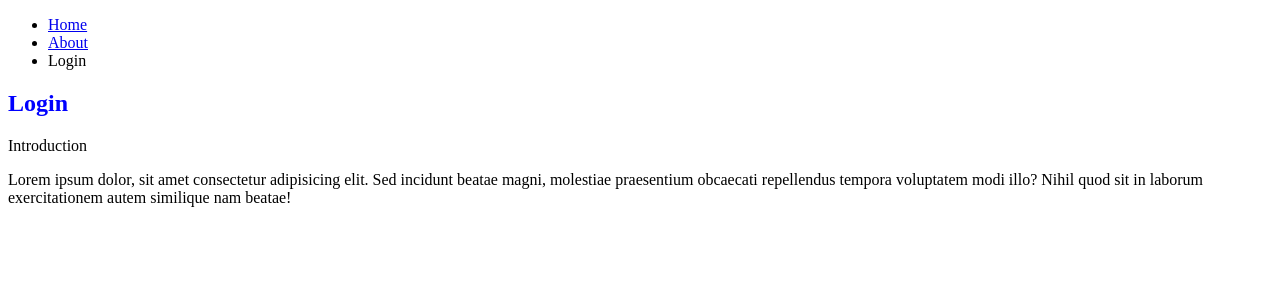
Repository: rileymeye1/ZTM
Page: project_files/login.html
The author's editor kept a copy of each file at every save. The page is drawn from the files as they stood at one save, then again after the next save.
The browser window is 1280 px wide. The pictures show the whole page.

Above is the page before, as saved 2024-08-19 17:35:39.

After the next save:
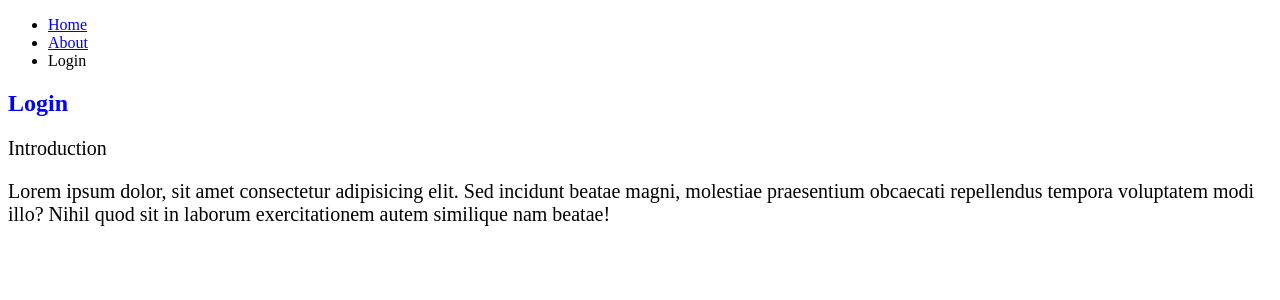
Saved 43 s later.
--- a/project_files/style2.css
+++ b/project_files/style2.css
@@ -2,11 +2,6 @@ h2 {
   color: blue;
 }
 
-.boxmodel {
-  border: 5px solid red;
-  display: inline-block;
-  padding: 5px 20px;
-  margin: 0px 20px;
-  width: 33px;
-  height: 55px;
+p {
+  font-size: 20px;
 }
